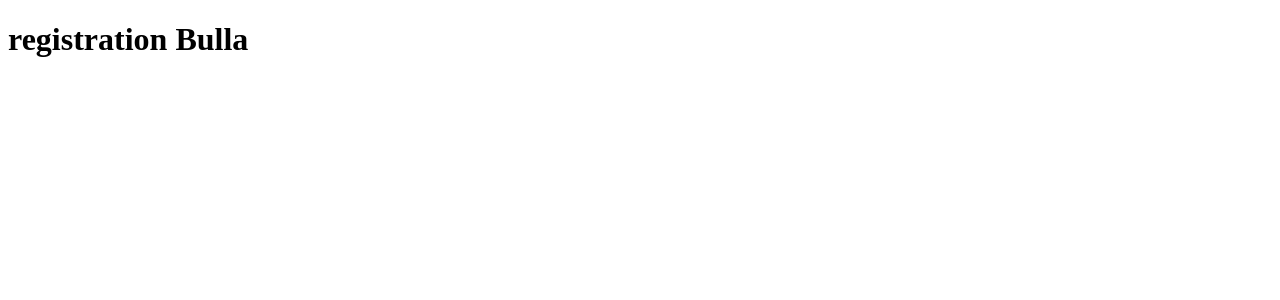
Repository: shzkhar/ISM_ADV_JAVA_23
Page: ServletDemo/src/main/webapp/Welcome.html
An editor plug-in stored every save of this project. The page is shown before and after the next save, followed by the edit.
The browser window is 1280 px wide. The pictures show the whole page.

Above is the page before, as saved 2023-04-04 06:18:03.

### ServletDemo/src/main/webapp/Welcome.html
<!DOCTYPE html>
<html>
<head>
<meta charset="ISO-8859-1">
<title>Insert title here</title>
</head>
<body>
   <h1>registration Bulla</h1>
</body>
</html>

After the next save:
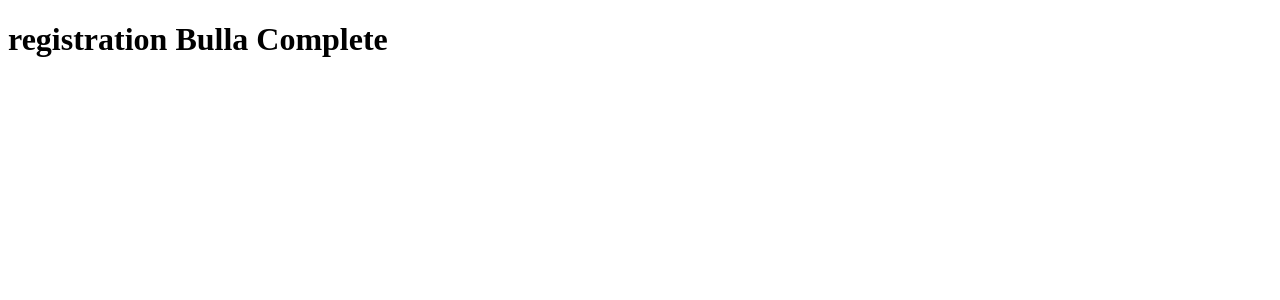
Saved 16 s later.
--- a/ServletDemo/src/main/webapp/Welcome.html
+++ b/ServletDemo/src/main/webapp/Welcome.html
@@ -5,6 +5,6 @@
 <title>Insert title here</title>
 </head>
 <body>
-   <h1>registration Bulla</h1>
+   <h1>registration Bulla Complete</h1>
 </body>
 </html>
